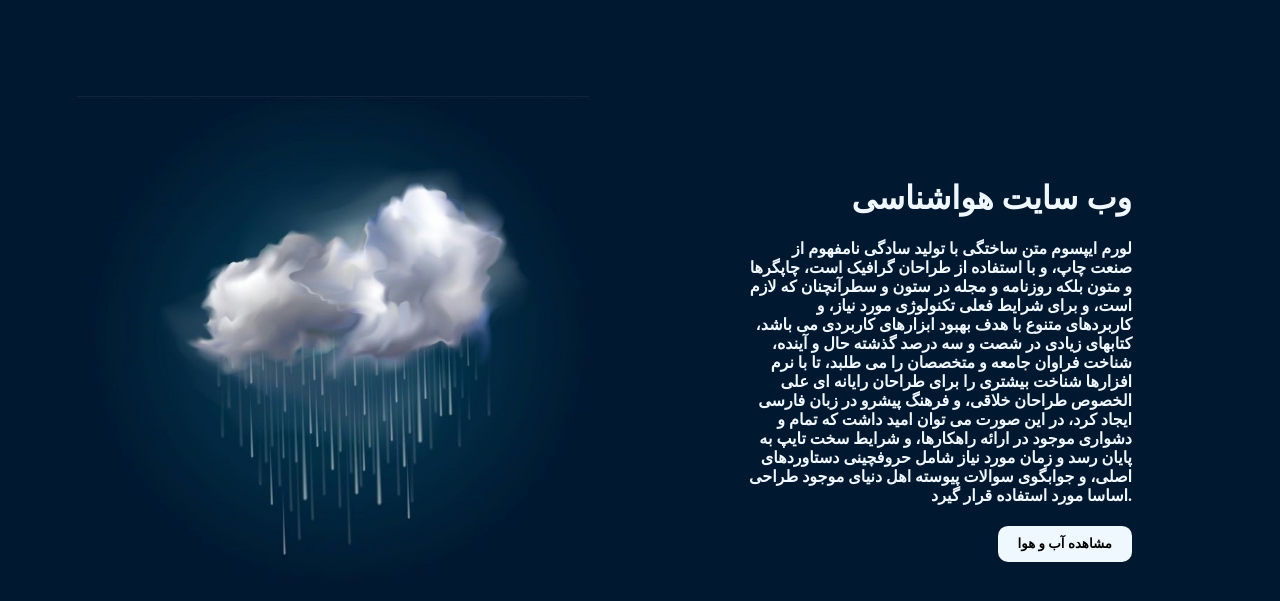
Repository: fateme81yosefi/weather
Page: landing/Landing.html
The author's editor kept a copy of each file at every save. The page is drawn from the files as they stood at one save, then again after the next save.
The browser window is 1280 px wide. The pictures show the whole page.
Some web fonts or font styles are not loaded; a fallback is used.

Above is the page before, as saved 2025-02-02 16:52:31.

### landing/Landing.html
<!doctype html>
<html lang="en">

<head>
    <meta charset="utf-8">
    <meta name="viewport" content="width=device-width,initial-scale=1">
    <link rel="stylesheet" href="./style/landing.css">
    <link href="https://cdn.jsdelivr.net/gh/rastikerdar/vazir-font@v27.1.0/dist/font-face.css" rel="stylesheet"
        type="text/css" />


    <title>هواشناسی</title>
</head>

<body>
    <div class="container-landing">
        <div class="contain-btn">
            <h1>وب سایت هواشناسی</h1>
            <h4>لورم ایپسوم متن ساختگی با تولید سادگی نامفهوم از صنعت چاپ، و با استفاده از طراحان گرافیک است، چاپگرها و
                متون بلکه روزنامه و مجله در ستون و سطرآنچنان که لازم است، و برای شرایط فعلی تکنولوژی مورد نیاز، و
                کاربردهای متنوع با هدف بهبود ابزارهای کاربردی می باشد، کتابهای زیادی در شصت و سه درصد گذشته حال و آینده،
                شناخت فراوان جامعه و متخصصان را می طلبد، تا با نرم افزارها شناخت بیشتری را برای طراحان رایانه ای علی
                الخصوص طراحان خلاقی، و فرهنگ پیشرو در زبان فارسی ایجاد کرد، در این صورت می توان امید داشت که تمام و
                دشواری موجود در ارائه راهکارها، و شرایط سخت تایپ به پایان رسد و زمان مورد نیاز شامل حروفچینی دستاوردهای
                اصلی، و جوابگوی سوالات پیوسته اهل دنیای موجود طراحی اساسا مورد استفاده قرار گیرد.</h4>
            <button class="go-to-weather">مشاهده آب و هوا</button>
        </div>

    </div>


    <script src="./js/landing.js"></script>
</body>

</html>

### landing/style/landing.css
@font-face {
  font-family: Vazir;
  src: url("Vazir-Regular.eot");
  src: url("Vazir-Regular.eot?#iefix") format("embedded-opentype"),
    url("Vazir-Regular.woff2") format("woff2"),
    url("Vazir-Regular.woff") format("woff"),
    url("Vazir-Regular.ttf") format("truetype");
}

body {
  font-family: vazir;
  font-weight: bold;
  margin: 0 !important;
  padding: 0;
  overflow: hidden;
  background-color: #001830;
}
.container-landing {
  background-image: url("../images/bg.jpg");
  background-position: center;
  background-size: 100%;
  background-repeat: no-repeat;
  height: 100vh;
  margin: 0;
  padding: 0;
}

.contain-btn {
    width: 30%;
  text-align: right;
  position: absolute;
  top: 50%;
  left: 50%;
  transform: translate(-50%, -50%) translateX(300px);
  color: aliceblue;
}
.go-to-weather {
  background-color: aliceblue;
  border: none;
  border-radius: 10px;
  padding: 10px 20px;
  font-family: vazir;
  font-weight: bold;
}
@media screen and (min-width: 1200px) {
  .container-landing {
    background-position: left;
    background-size: 40%;
    background-position: 10%;
  }
}

Loaded but not shown: landing/js/landing.js (no stored copy; drawn as an empty file)

After the next save:
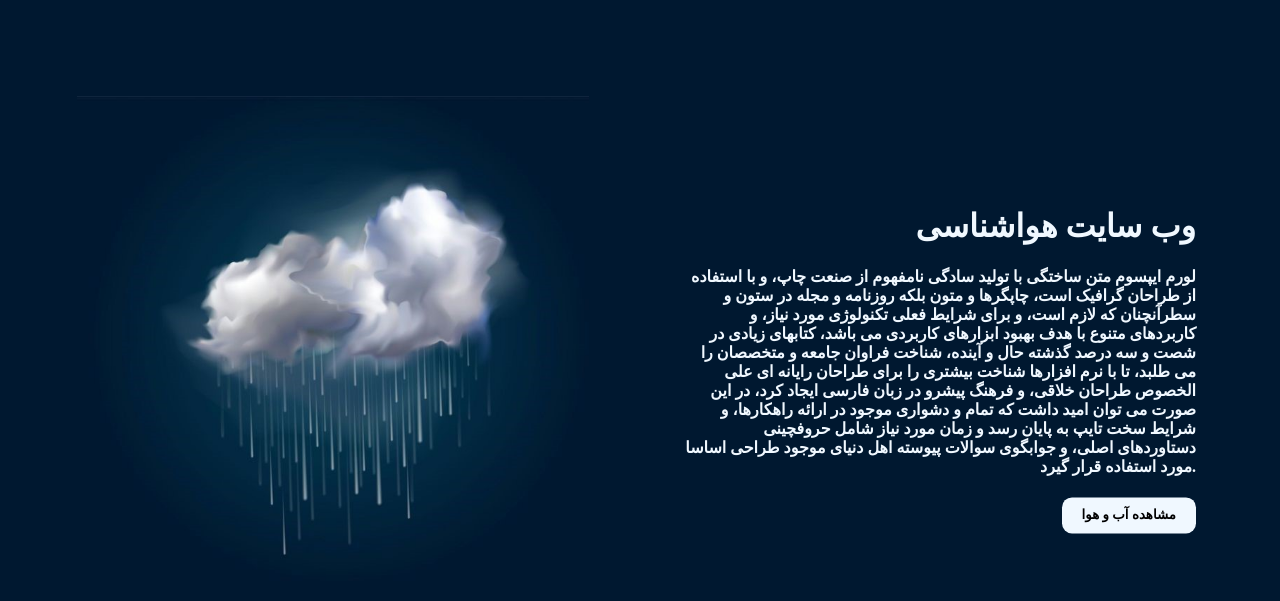
Saved 6 s later.
--- a/landing/style/landing.css
+++ b/landing/style/landing.css
@@ -26,7 +26,7 @@ body {
 }
 
 .contain-btn {
-    width: 30%;
+    width: 40%;
   text-align: right;
   position: absolute;
   top: 50%;
